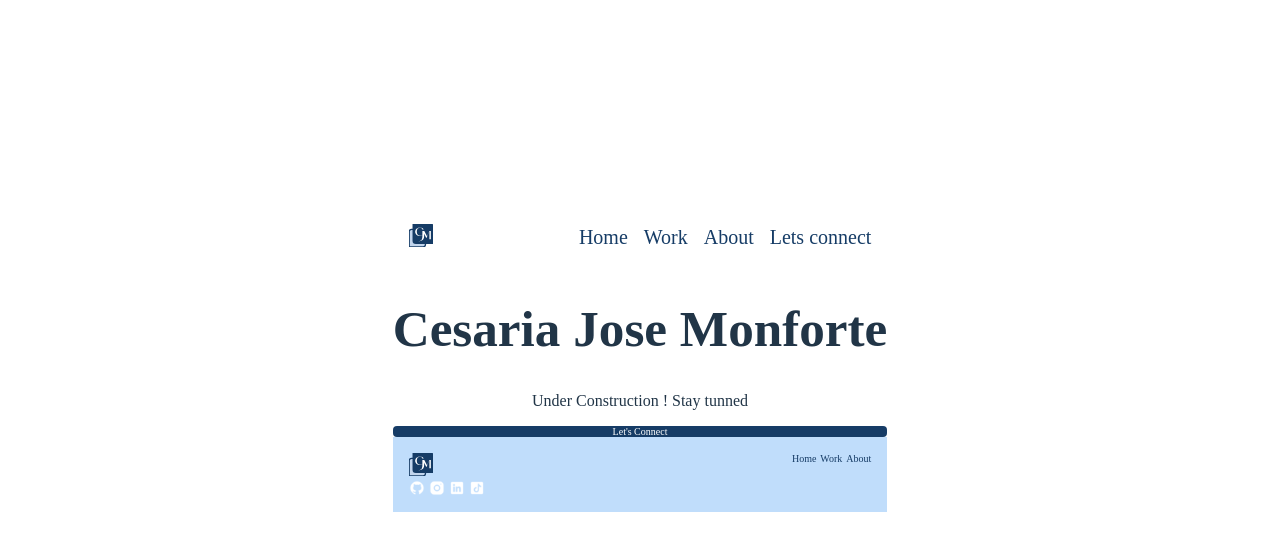
Repository: CesariaMonforte/cesariamonforte
Page: /
An editor plug-in stored every save of this project. The page is shown before and after the next save, followed by the edit.
The browser window is 1280 px wide. The pictures show the whole page.
The project was rebuilt for these pictures with package versions that can differ from the ones it lists, and the page was loaded fresh each time. Also part of the build but not shown: vite.config.js.

Above is the page before, as saved 2026-01-25 13:23:52.

After the next save:
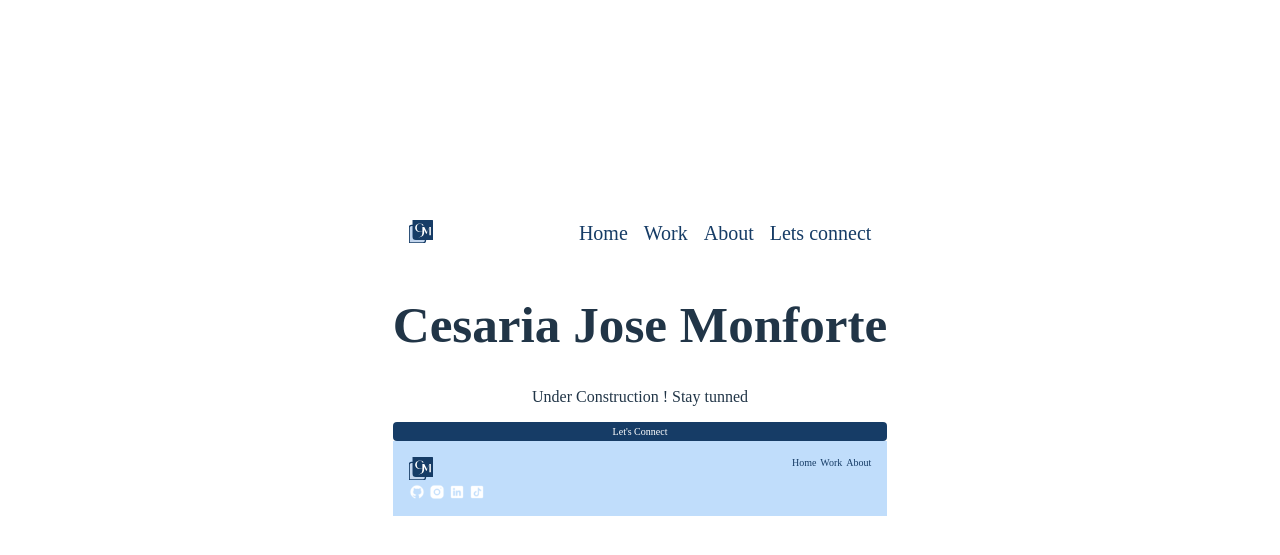
Saved 18 s later.
--- a/src/_ui/RegButton/RegButton.module.css
+++ b/src/_ui/RegButton/RegButton.module.css
@@ -3,4 +3,5 @@
     border-radius: var(--space-extra-small);
     color: var(--white);
     font-size: var(--font-size-extra-small);
+    padding: var(--space-extra-small);
 }
